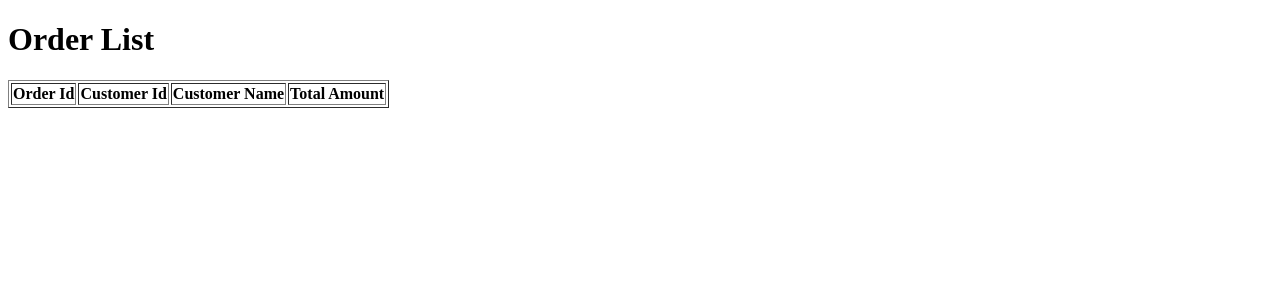
Repository: rstevenson6/304Project
Page: http://localhost/GroupProject/listorder.jsp
The author's editor kept a copy of each file at every save. The page is drawn from the files as they stood at one save, then again after the next save.
The browser window is 1280 px wide. The pictures show the whole page.
The page is served by Tomcat 9. Queries for data that is not in the repository find no rows.

Above is the page before, as saved 2016-11-22 06:08:34.

After the next save:
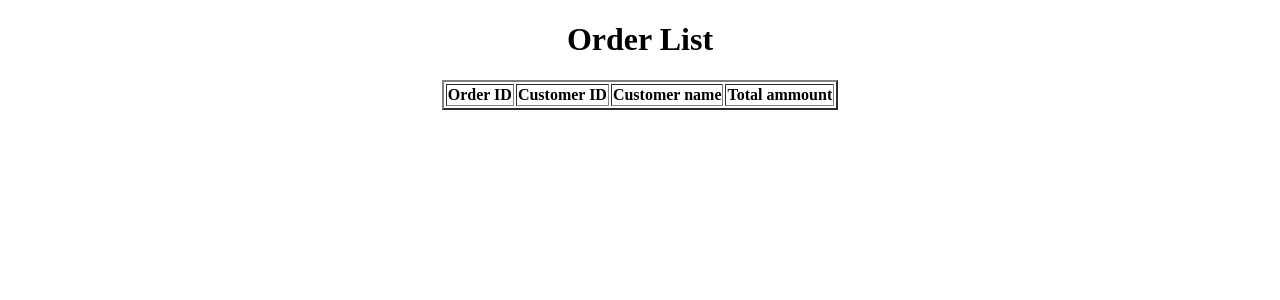
Saved 14 s later.
--- a/GroupProject/WebContent/listorder.jsp
+++ b/GroupProject/WebContent/listorder.jsp
@@ -4,72 +4,73 @@
 <!DOCTYPE html>
 <html>
 <head>
-<title>Ray's Grocery Order List</title>
+<title>NeXt Order List</title>
 </head>
 <body>
 
-<h1>Order List</h1>
+<h1 align = "center">Order List</h1>
 
 <%
-String sql = "SELECT orderId, O.CustomerId, totalAmount, cname FROM Orders O, Customer C WHERE "
-		+ "O.customerId = C.customerId";
+// Useful code for formatting currency values:
+// NumberFormat currFormat = NumberFormat.getCurrencyInstance();
+// out.println(currFormat.format(5.0));  // Prints $5.00
 
-Connection con = null;
-String url = "jdbc:sqlserver://sql04.ok.ubc.ca:1433;DatabaseName=db_rlawrenc;";
-String uid = "rlawrenc";
-String pw = "test";
+// Make connection
+//Connection con = null;
+	String url = "jdbc:sqlserver://sql04.ok.ubc.ca:1433;DatabaseName=db_dkandie;";
+	String uId = "dkandie";
+	String pw = "32056153";
+	Class.forName("com.microsoft.sqlserver.jdbc.SQLServerDriver"); //To ensure that the Driver is found
 NumberFormat currFormat = NumberFormat.getCurrencyInstance();
 
-try
-{
-	con = DriverManager.getConnection(url, uid, pw);
-	Statement stmt = con.createStatement();
-	ResultSet rst = stmt.executeQuery(sql);
-	out.print("<table border=\"1\"><tr><th>Order Id</th><th>Customer Id</th><th>Customer Name</th><th>Total Amount</th></tr>");
-
-	// Use a PreparedStatement as will execute many times
-	sql = "SELECT productId, quantity, price FROM OrderedProduct WHERE orderId=?";
-	PreparedStatement pstmt = con.prepareStatement(sql);
-
-	while (rst.next())
-	{	int orderId = rst.getInt(1);
-		out.print("<tr><td>"+orderId+"</td>");
-		out.print("<td>"+rst.getInt(2)+"</td>");
-		out.print("<td>"+rst.getString(4)+"</td>");
-		out.print("<td>"+currFormat.format(rst.getDouble(3))+"</td>");
-		out.println("</tr>");
-
-		// Retrieve all the items for an order
-		pstmt.setInt(1, orderId);
-		ResultSet rst2 = pstmt.executeQuery();
-
-		out.println("<tr align=\"right\"><td colspan=\"4\"><table border=\"1\">");
-		out.println("<th>Product Id</th> <th>Quantity</th> <th>Price</th></tr>");
-		while (rst2.next())
-		{
-			out.print("<tr><td>"+rst2.getInt(1)+"</td>");
-			out.print("<td>"+rst2.getInt(2)+"</td>");
-			out.println("<td>"+currFormat.format(rst2.getDouble(3))+"</td></tr>");
-		}
-		out.println("</table></td></tr>");
+try{
+	Connection con = DriverManager.getConnection(url,uId,pw);
+	String sql1 = "SELECT orderId, Orders.customerId, cname, totalAmount"
+				+" FROM Orders, Customer"
+				+" WHERE Orders.customerId=Customer.customerId";
+	String sql2 = "SELECT orderId, productId, quantity, price"
+				+" FROM OrderedProduct"
+				+" WHERE orderId LIKE ?";
+	PreparedStatement pstmt = con.prepareStatement(sql1);
+	PreparedStatement pstmt2 = con.prepareStatement(sql2);
+	ResultSet rset1 = pstmt.executeQuery();
+	ResultSet rset2 = null;
+	out.println("<table align = \"center\" border=\"2\" ><tr> <th>Order ID</th><th> Customer ID</th> <th>Customer name</th> <th>Total ammount</th>");
+	//above changed, border included
+	while(rset1.next()){
+	out.println("<tr> <td>"+rset1.getInt("orderId")
+				+"</td> <td>" +rset1.getInt("customerId")
+				+"</td> <td>"+rset1.getString("cname")
+				+"</td> <td>"+currFormat.format(rset1.getDouble("totalAmount"))
+				+" </td> </tr> ");
+	//out.println("</table>");
+	//out.println(" <table><tr><th> Product ID</th> <th>Quantity</th> <th>Price</th>");
+	out.println(" <tr align=\"right\"><td colspan =\"4\"> <table border =\"1\">"
+					+"<tbody> <tr><th> Product ID</th> <th>Quantity</th> <th>Price</th>");// NEW code
+	pstmt2.setInt(1,rset1.getInt("orderId"));
+	rset2 = pstmt2.executeQuery();
+	while(rset2.next()){
+	out.println("<tr> <td>"+ rset2.getString("productId")+"</td> <td>"+rset2.getString("quantity")+"</td> "+"<td>"+
+			currFormat.format(rset2.getDouble("price"))+"</td></tr>");
+	// NEW code
+	}
+	out.println("</tbody> </table> </td> </tr>"); // NEW code
 	}
 	out.println("</table>");
-}
-catch (SQLException ex)
-{ 	out.println(ex);
-}
-finally
-{
-	try
-	{
-		if (con != null)
-			con.close();
-	}
-	catch (SQLException ex)
-	{
-		out.println(ex);
-	}
-}
+
+}catch(SQLException e){ System.out.println(e.getMessage()); }
+// Write query to retrieve all order headers
+
+// For each order in the ResultSet
+
+	// Print out the order header information
+	// Write a query to retrieve the products in the order
+	//   - Use a PreparedStatement as will repeat this query many times
+	// For each product in the order
+		// Write out product information
+
+// Close connection
 %>
+
 </body>
 </html>
